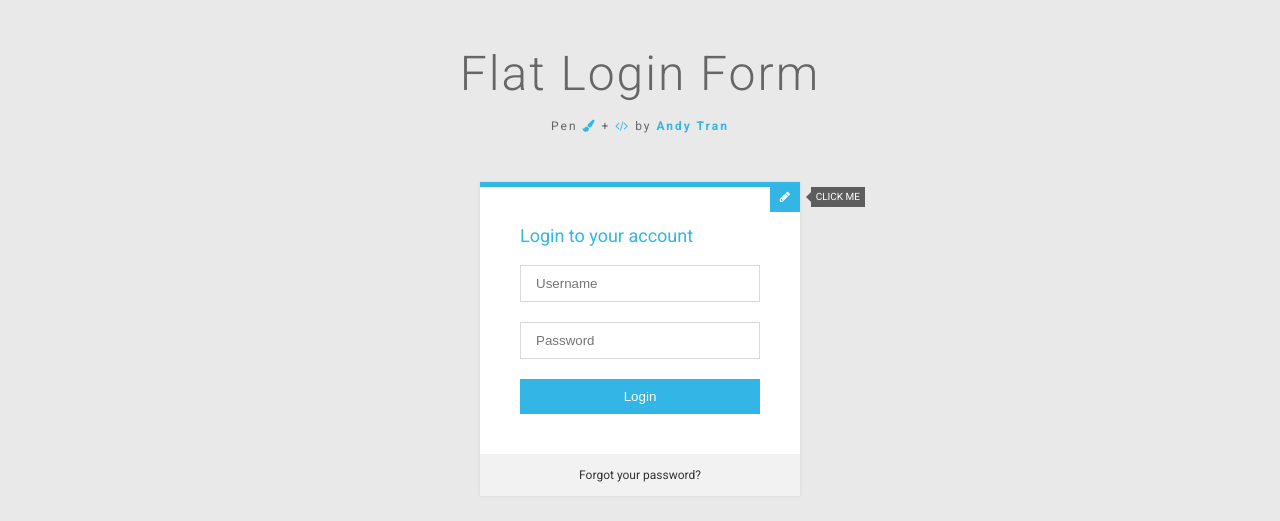
Repository: Txuso/MOPPA-Mobile-Parallel-Processing-Agents-
Page: MoppaWeb/login.html
These files come from the project's save history. The page is drawn as it stood at one moment and after the next save; the edit follows.
The browser window is 1280 px wide. The pictures show the whole page.
Some web fonts or font styles are not loaded; a fallback is used. Some web libraries are served in a nearby version.

Above is the page before, as saved 2016-01-13 19:08:55.
Console error: ReferenceError: $ is not defined

After the next save:
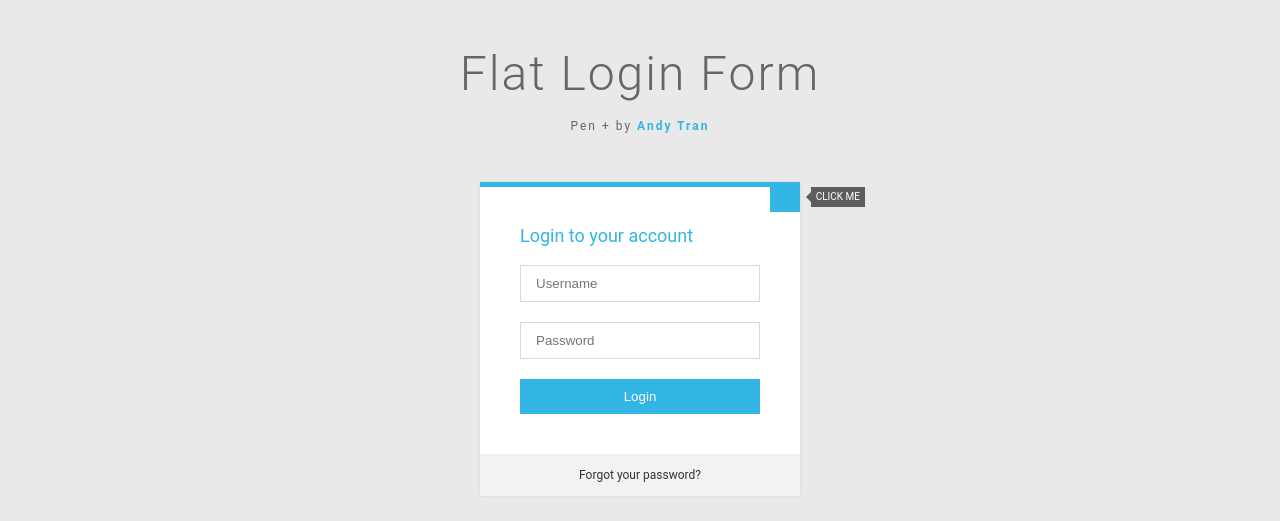
Saved 26 s later.
--- a/MoppaWeb/login.html
+++ b/MoppaWeb/login.html
@@ -6,9 +6,6 @@
 
 
     <link rel="stylesheet" href="css/reset.css">
-
-    <link rel='stylesheet prefetch' href='http://fonts.googleapis.com/css?family=Roboto:400,100,300,500,700,900|RobotoDraft:400,100,300,500,700,900'>
-<link rel='stylesheet prefetch' href='http://maxcdn.bootstrapcdn.com/font-awesome/4.3.0/css/font-awesome.min.css'>
 
         <link rel="stylesheet" href="css/style.css">
 

After the save that followed:
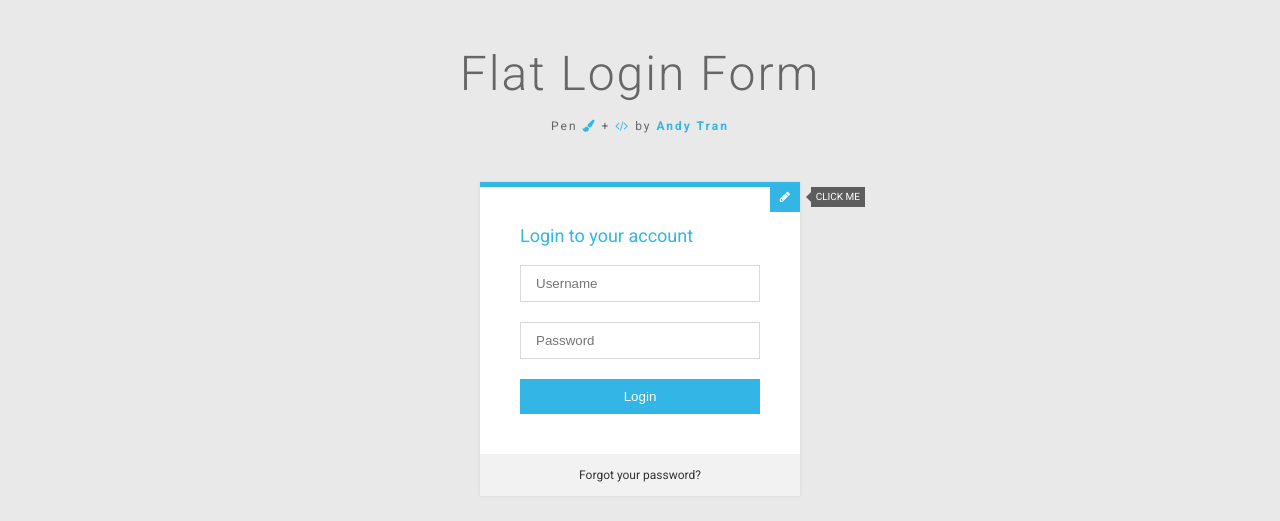
Saved 16 s later.
--- a/MoppaWeb/login.html
+++ b/MoppaWeb/login.html
@@ -6,6 +6,9 @@
 
 
     <link rel="stylesheet" href="css/reset.css">
+
+    <link rel='stylesheet prefetch' href='http://fonts.googleapis.com/css?family=Roboto:400,100,300,500,700,900|RobotoDraft:400,100,300,500,700,900'>
+<link rel='stylesheet prefetch' href='http://maxcdn.bootstrapcdn.com/font-awesome/4.3.0/css/font-awesome.min.css'>
 
         <link rel="stylesheet" href="css/style.css">
 
